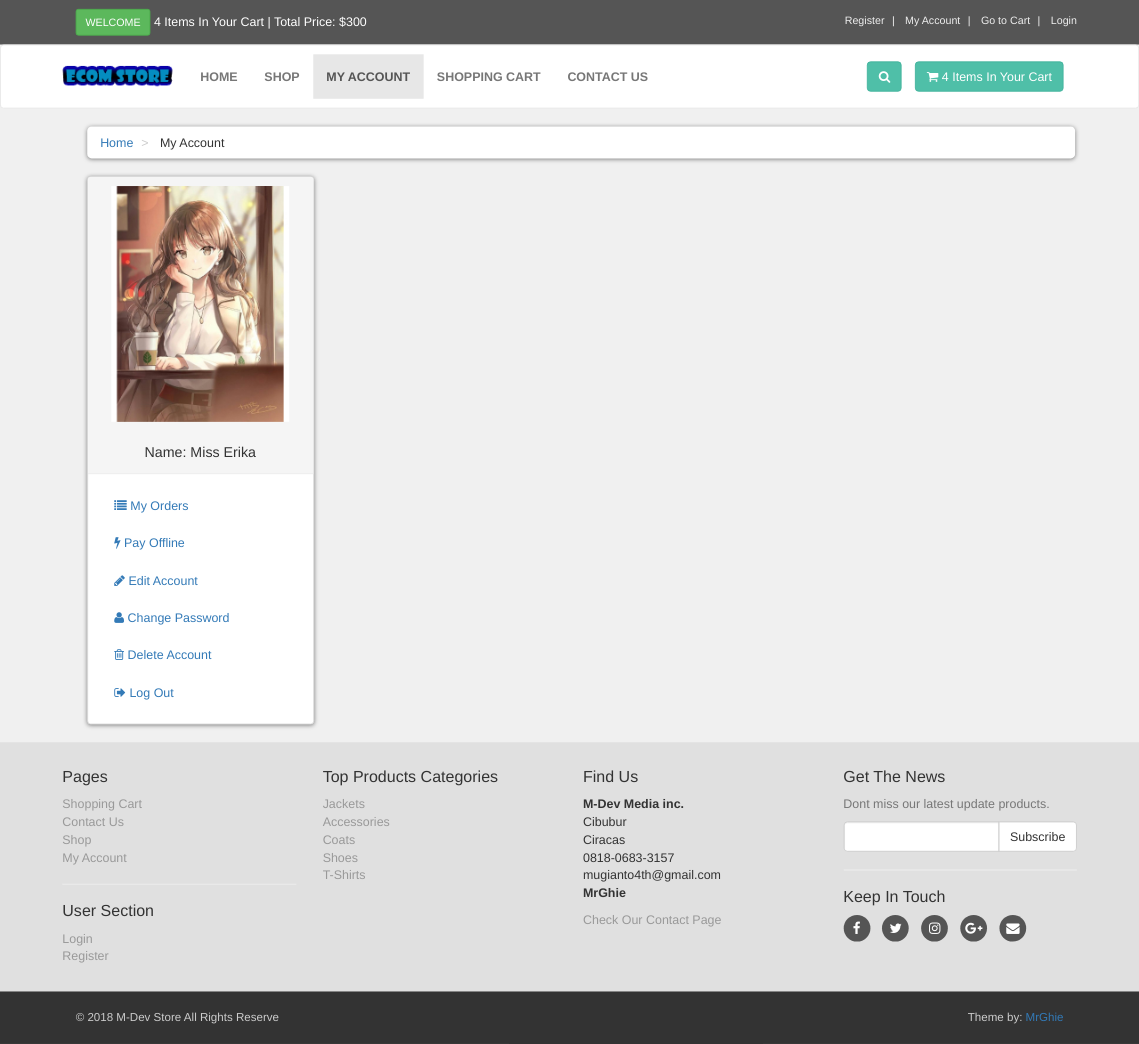
Repository: truonghuynhquy/M_Dev_Store
Page: http://localhost/customer/my_account.php
An editor plug-in stored every save of this project. The page is shown before and after the next save, followed by the edit.
The browser window is 1280 px wide. The pictures show the whole page, at 89% of full size.
The page is run by PHP 8.4 with error messages shown; the project is at /var/www/html/.

Above is the page before, as saved 2022-11-14 10:35:27.

After the next save:
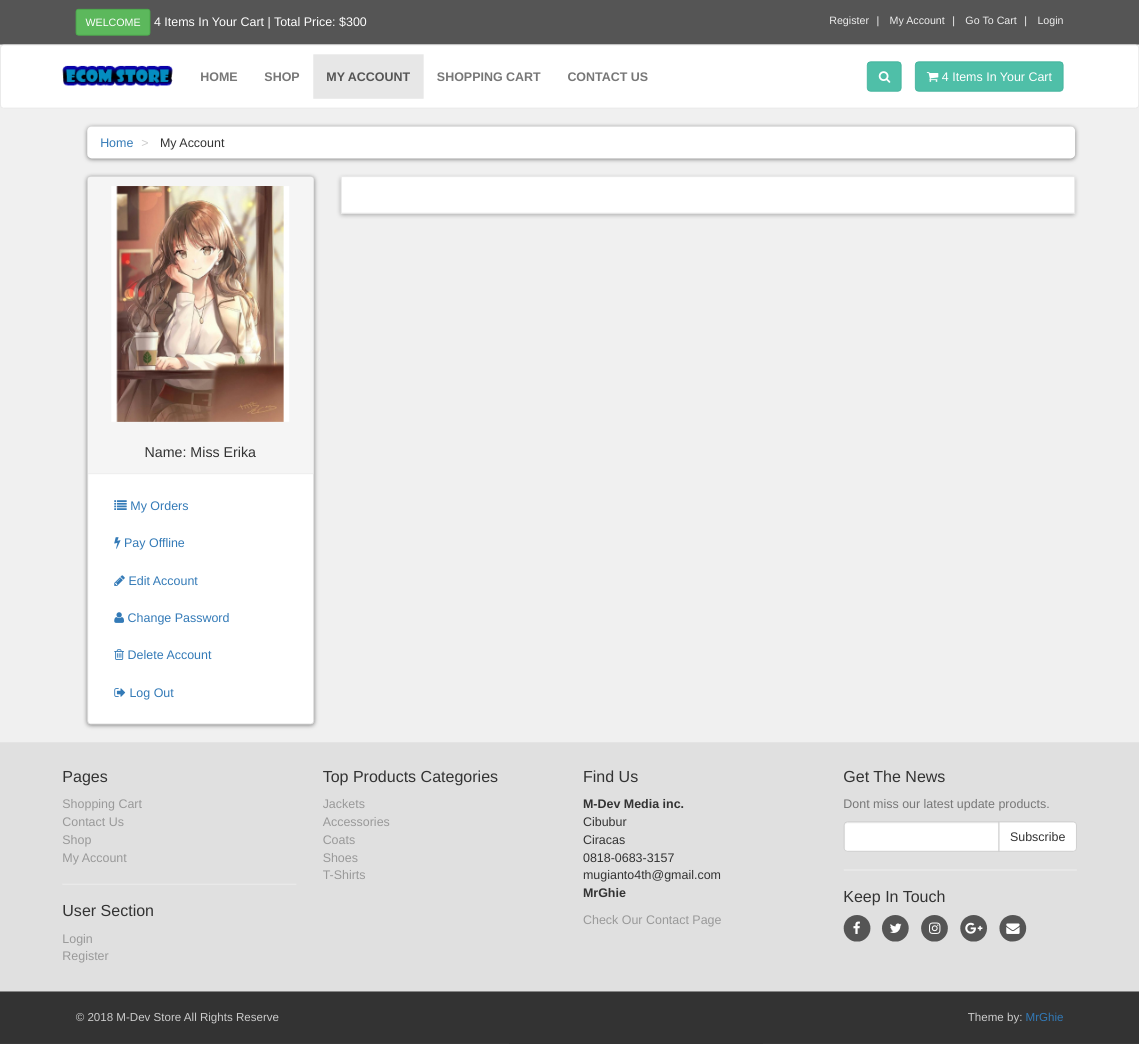
Saved 6 min 17 s later.
--- a/customer/my_account.php
+++ b/customer/my_account.php
@@ -3,60 +3,64 @@
 
 <head>
     <meta charset="UTF-8">
-    <meta http-equiv="X-UA-Compatible" content="IE=edge">
-    <meta name="viewport" content="width=device-width, initial-scale=1.0">
-    <title>M-Dev Shop</title>
+    <meta name="viewport" content="width=device-width, initial-scale=1">
+    <title>M-Dev Store</title>
     <link rel="stylesheet" href="styles/bootstrap-337.min.css">
+    <link rel="stylesheet" href="font-awsome/css/font-awesome.min.css">
     <link rel="stylesheet" href="styles/style.css">
-    <link rel="stylesheet" href="font-awsome/css/font-awesome.min.css">
 </head>
 
 <body>
+
     <div id="top">
-        <!--  Top:     Begin  -->
+        <!-- Top Begin -->
 
         <div class="container">
-            <!--  Container:     Begin  -->
+            <!-- container Begin -->
+
             <div class="col-md-6 offer">
-                <!--  col-md-6 offer:     Begin  -->
+                <!-- col-md-6 offer Begin -->
+
                 <a href="#" class="btn btn-success btn-sm">Welcome</a>
-                <a href="checkout.php">4 Items In Your Cart | Total Price: $300</a>
-            </div><!--  col-md-6:     Finish  -->
-
-            <div class="col md-6">
-                <!--  col-md-6:     Begin  -->
+                <a href="checkout.php">4 Items In Your Cart | Total Price: $300 </a>
+
+            </div><!-- col-md-6 offer Finish -->
+
+            <div class="col-md-6">
+                <!-- col-md-6 Begin -->
 
                 <ul class="menu">
-                    <!--  menu:     Begin  -->
-                    <li>
-                        <a href="customer_register.php">Register</a>
-                    </li>
-                    <li>
-                        <a href="checkout.php">My Account</a>
-                    </li>
-                    <li>
-                        <a href="cart.php">Go to Cart</a>
-                    </li>
-                    <li>
-                        <a href="checkout.php">Login</a>
-                    </li>
-
-                </ul><!--  menu:     Finish  -->
-
-            </div><!--  col-md-6:     Finish  -->
-
-        </div><!--  Container:     Finish  -->
-
-    </div><!--  Top:    Finish  -->
+                    <!-- cmenu Begin -->
+
+                    <li>
+                        <a href="../customer_register.php">Register</a>
+                    </li>
+                    <li>
+                        <a href="my_account.php">My Account</a>
+                    </li>
+                    <li>
+                        <a href="../cart.php">Go To Cart</a>
+                    </li>
+                    <li>
+                        <a href="../checkout.php">Login</a>
+                    </li>
+
+                </ul><!-- menu Finish -->
+
+            </div><!-- col-md-6 Finish -->
+
+        </div><!-- container Finish -->
+
+    </div><!-- Top Finish -->
 
     <div id="navbar" class="navbar navbar-default">
-        <!--  navbar navbar-default:    Begin  -->
+        <!-- navbar navbar-default Begin -->
 
         <div class="container">
-            <!--  container:    Begin  -->
-
-            <div class="nav-header">
-                <!--  nav-header:    Begin  -->
+            <!-- container Begin -->
+
+            <div class="navbar-header">
+                <!-- navbar-header Begin -->
 
                 <a href="index.php" class="navbar-brand home">
                     <!-- navbar-brand home Begin -->
@@ -68,7 +72,7 @@
 
                 <button class="navbar-toggle" data-toggle="collapse" data-target="#navigation">
 
-                    <span class="sr-only">Toggle navigation</span>
+                    <span class="sr-only">Toggle Navigation</span>
 
                     <i class="fa fa-align-justify"></i>
 
@@ -82,9 +86,9 @@
 
                 </button>
 
-            </div><!--  nav-header:    Finish  -->
-
-            <div class="collapse navbar-collapse" id="navigation">
+            </div><!-- navbar-header Finish -->
+
+            <div class="navbar-collapse collapse" id="navigation">
                 <!-- navbar-collapse collapse Begin -->
 
                 <div class="padding-nav">
@@ -114,7 +118,6 @@
                 </div><!-- padding-nav Finish -->
 
                 <a href="cart.php" class="btn navbar-btn btn-primary right">
-
                     <!-- btn navbar-btn btn-primary Begin -->
 
                     <i class="fa fa-shopping-cart"></i>
@@ -133,6 +136,8 @@
 
                         <i class="fa fa-search"></i>
 
+                    </button><!-- btn btn-primary navbar-btn Finish -->
+
                 </div><!-- navbar-collapse collapse right Finish -->
 
                 <div class="collapse clearfix" id="search">
@@ -166,32 +171,28 @@
 
             </div><!-- navbar-collapse collapse Finish -->
 
-        </div><!--  container:    Finish  -->
-
-    </div><!--  navbar navbar-default:    Finish  -->
+        </div><!-- container Finish -->
+
+    </div><!-- navbar navbar-default Finish -->
 
     <div id="content">
         <!-- #content Begin -->
-
         <div class="container">
             <!-- container Begin -->
-
             <div class="col-md-12">
                 <!-- col-md-12 Begin -->
 
                 <ul class="breadcrumb">
                     <!-- breadcrumb Begin -->
-
                     <li>
                         <a href="index.php">Home</a>
                     </li>
                     <li>
                         My Account
                     </li>
-
                 </ul><!-- breadcrumb Finish -->
 
-            </div><!-- col-md-12 Finish  -->
+            </div><!-- col-md-12 Finish -->
 
             <div class="col-md-3">
                 <!-- col-md-3 Begin -->
@@ -199,12 +200,31 @@
                 <?php
 
                 include("includes/sidebar.php");
+
                 ?>
 
             </div><!-- col-md-3 Finish -->
-        </div><!-- container Finish  -->
-
-    </div> <!-- #content Finish  -->
+
+            <div class="col-md-9">
+                <!-- col-md-9 Begin -->
+
+                <div class="box">
+                    <!-- box Begin -->
+
+                    <?php
+
+                    if (isset($_GET['my_orders'])) {
+                        include("my_orders.php");
+                    }
+
+                    ?>
+
+                </div><!-- box Finish -->
+
+            </div><!-- col-md-9 Finish -->
+
+        </div><!-- container Finish -->
+    </div><!-- #content Finish -->
 
     <?php
 
